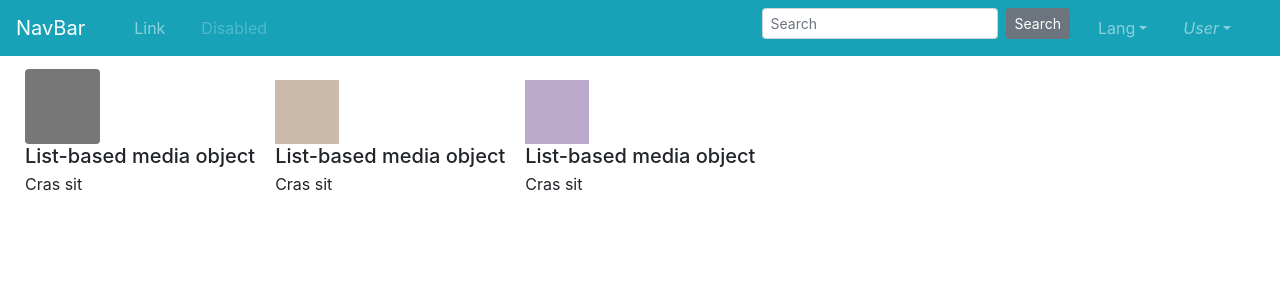
Repository: Funnyrz/vue-nav
Page: /
An editor plug-in stored every save of this project. The page is shown before and after the next save, followed by the edit.
The browser window is 1280 px wide. The pictures show the whole page.
The project was rebuilt for these pictures with package versions that can differ from the ones it lists, and the page was loaded fresh each time.

Above is the page before, as saved 2020-08-24 23:14:44.

After the next save:
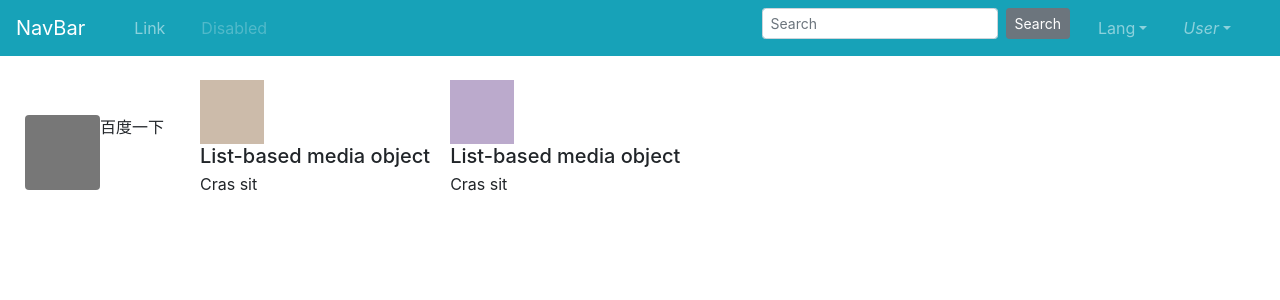
Saved 36 h 35 min later.
--- a/src/components/HelloWorld.vue
+++ b/src/components/HelloWorld.vue
@@ -45,9 +45,8 @@
             <b-media tag="li">
               <template v-slot:aside>
                 <b-img v-bind="mainProps" rounded alt="placeholder"></b-img>
+                百度一下
               </template>
-              <h5 class="mt-0 mb-1">List-based media object</h5>
-              <p class="mb-0">Cras sit</p>
             </b-media>
 
             <b-media tag="li" class="my-4">
